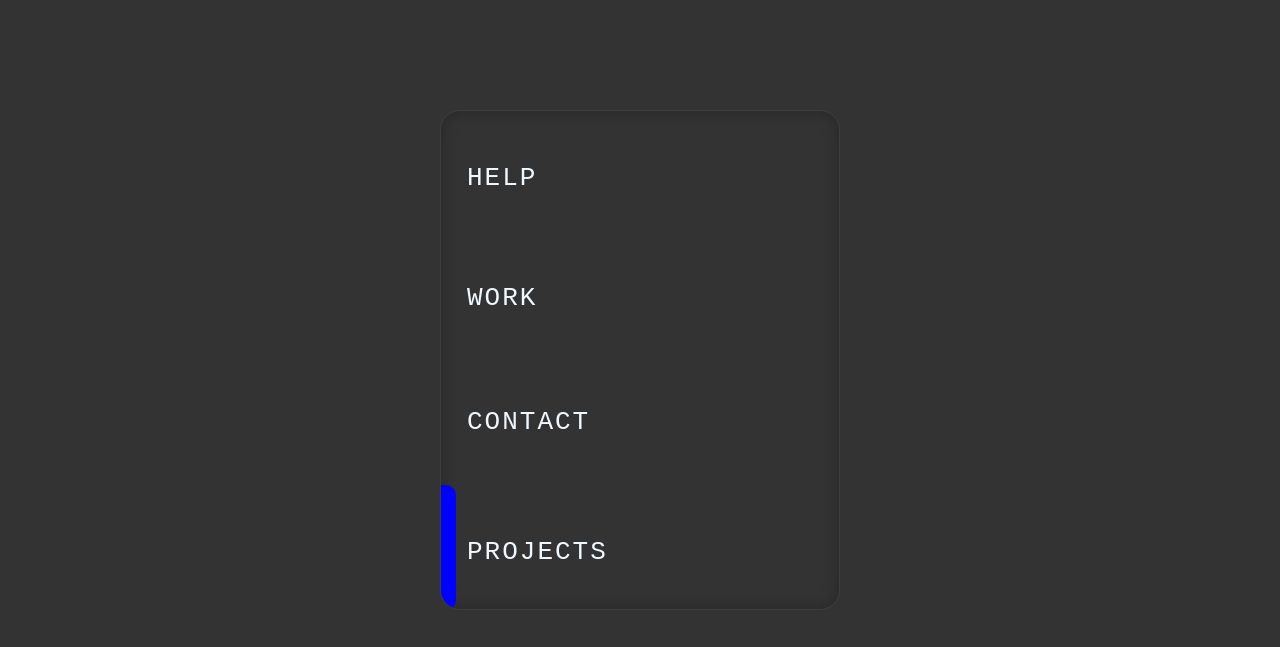
Repository: Rostyk-qq/Projects_Web
Page: menuRanLine/ranLine.html
The author's editor kept a copy of each file at every save. The page is drawn from the files as they stood at one save, then again after the next save.
The browser window is 1280 px wide. The pictures show the whole page.

Above is the page before, as saved 2023-09-30 03:07:47.

### menuRanLine/ranLine.html
<!DOCTYPE html>
<html lang="en">
<head>
    <meta charset="UTF-8">
    <meta name="viewport" content="width=device-width, initial-scale=1.0">
    <link rel="stylesheet" href="./ranLine.css">
    <title>Document</title>
</head>
<body>
    <div class="wrapper">
        <ul class="menu">
            <li data-active-color="red" class="menu__list">
                <a href="#" class="menu__link">Help</a>
            </li>
            <li data-active-color="yellow"  class="menu__list">
                <a href="#" class="menu__link">Work</a>
            </li>
            <li data-active-color="green"  class="menu__list">
                <a href="#" class="menu__link">Contact</a>
            </li>
            <li data-active-color="blue"  class="menu__list _active">
                <a href="#" class="menu__link">Projects</a>
            </li>

            <div class="container__line">
                <div class="line"></div>
            </div>
        </ul>
    </div>
    <script src="./ranLine.js" ></script>
</body>
</html>

### menuRanLine/ranLine.css
*{
    margin: 0;
    padding: 0;
    box-sizing: border-box;
}
body{
    width: 100vw;
    height: 100vh;
    overflow: hidden;
}
.wrapper {
    width: 100%;
    height: 100%;
    display: grid;
    place-items: center;
    background-color: #333;
 }
.menu {
    position: relative;
    padding: 0;
    display: flex;
    flex-direction: column;
    flex-wrap: wrap;
    width: 400px;
    height: 500px;
    border-radius: 20px;
    overflow: hidden;
}
.menu__list {
    list-style-type: none;
    width: 100%;
    height: 25%;
    display: flex;
    align-items: center;
}
.menu__list:nth-child(1){
    padding-top: 10px;
}
.menu__list:nth-child(4){
    padding-top: 10px;
}
.menu__link {
    text-transform: uppercase;
    text-decoration: none;
    letter-spacing: 2px;
    color: aliceblue;
    padding-left: 26px;
    font-size: 26px;
    font-family: 'Courier New', Courier, monospace;
}
.container__line {
    position: absolute;
    left: 0;
    top: 0;
    width: 15px;
    height: 100%;
}
.line {
    position: absolute;
    top: 0;
    left: 0;
    width: 100%;
    border-radius: 0px 10px 10px 0px;
}

.menu{
    border: 1px solid transparent;
    box-shadow: inset 0px 0px 15px 0px transparent;
}
.loaded .menu {
    border: 1px solid rgba(255, 255, 255, 0.05);
    box-shadow: inset 0px 0px 15px 0px rgb(0, 0, 0, 0.25);
    transition: all 1.2s ease;
}
.menu__link{
    transform: translateX(-100%);
}
.loaded .menu__link{
    transform: translateX(0%);
    transition: transform 1.2s ease;
}
.loaded .menu__list:nth-child(1) .menu__link{
    transition-delay: .5s;
}
.loaded .menu__list:nth-child(2) .menu__link{
    transition-delay: .7s;
}
.loaded .menu__list:nth-child(3) .menu__link{
    transition-delay: .9s;
}
.loaded .menu__list:nth-child(4) .menu__link{
    transition-delay: 1.1s;
}
.container__line .line{
    transform: translateX(-100%);
}
.loaded .container__line .line{
    transform: translateX(0%);
    transition: transform 2s ease;
    transition-delay: 1s;
}

### menuRanLine/ranLine.js

window.addEventListener('load', windowLoad);

function windowLoad(e) {
    document.documentElement.classList.add('loaded');

    const menu = document.querySelector('ul.menu');
    let menuActiveElement;

    if(menu){
        menuActiveElement = document.querySelector('.container__line .line')
        const menuActiveItem = menu.querySelector('.menu__list._active')

        menuActiveItem ? setStyles(menuActiveItem) : null;
        menu.addEventListener('click', effectCreate)
    }
    function effectCreate(e){
        const target = e.target;

        if(target.closest('.menu__list')){
            const getItem = target.closest('.menu__list');
            const getItemActive = menu.closest('.menu__list._active');

            if(!getItem.classList.contains('_active')){
                getItemActive ? getItemActive.classList.remove('_active') : null;
            }
            setStyles(getItem)
            e.preventDefault();
        }
    }
    function setStyles(menuActiveItem) {
        menuActiveItem.classList.add('_active')
        menuActiveElement.style.cssText = `
            height: ${menuActiveItem.offsetHeight}px;
            top: ${menuActiveItem.offsetTop}px;
            background-color: ${menuActiveItem.dataset.activeColor};
            transition: all 1s ease;
        `
    }
}

After the next save:
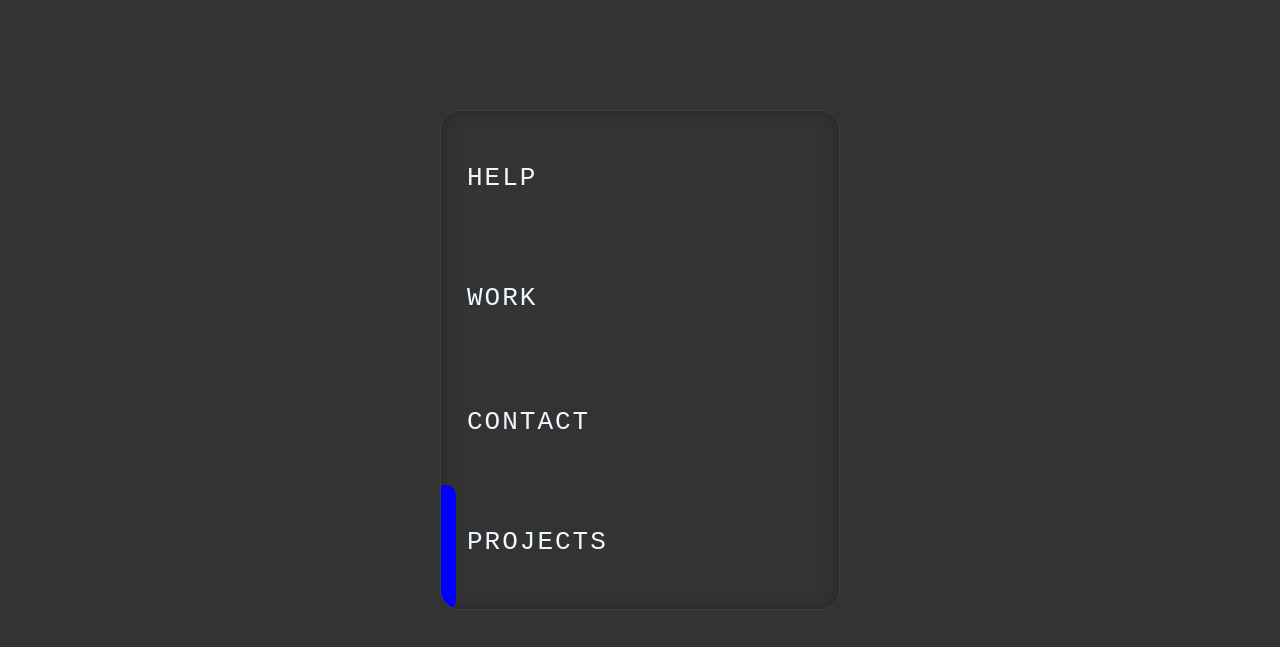
Saved 5 s later.
--- a/menuRanLine/ranLine.css
+++ b/menuRanLine/ranLine.css
@@ -37,7 +37,7 @@ body{
     padding-top: 10px;
 }
 .menu__list:nth-child(4){
-    padding-top: 10px;
+    padding-bottom: 10px;
 }
 .menu__link {
     text-transform: uppercase;
